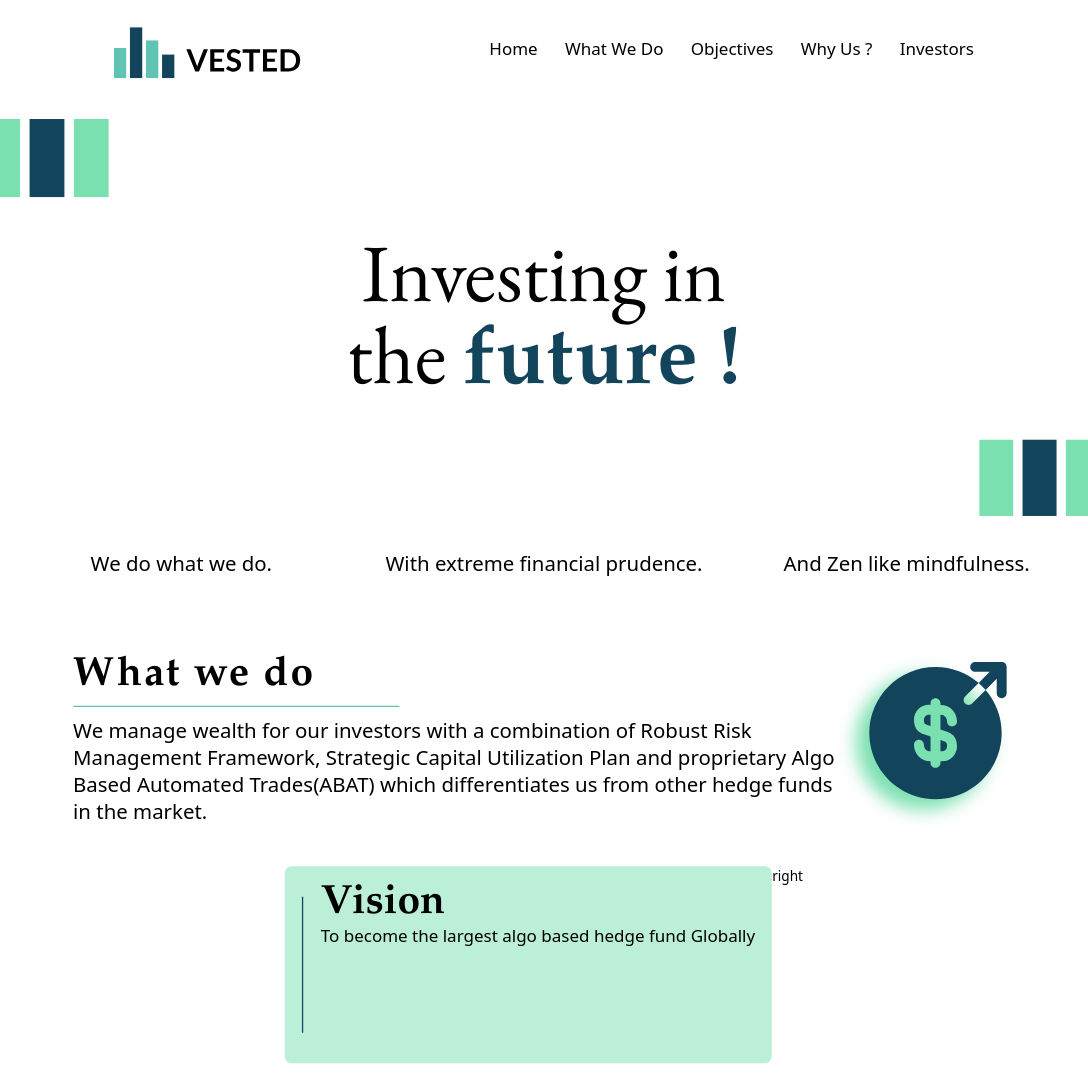
Repository: husainmamuwala/TippingPointsFinancial
Page: /
An editor plug-in stored every save of this project. The page is shown before and after the next save, followed by the edit.
The browser window is 1280 px wide. The pictures show the whole page, at 85% of full size.
The project was rebuilt for these pictures with package versions that can differ from the ones it lists, and the page was loaded fresh each time. The framework's server and built-in components were replaced by stand-ins that run in the browser. Also part of the build but not shown: next.config.js.

Above is the page before, as saved 2022-10-15 19:01:37.

After the next save:
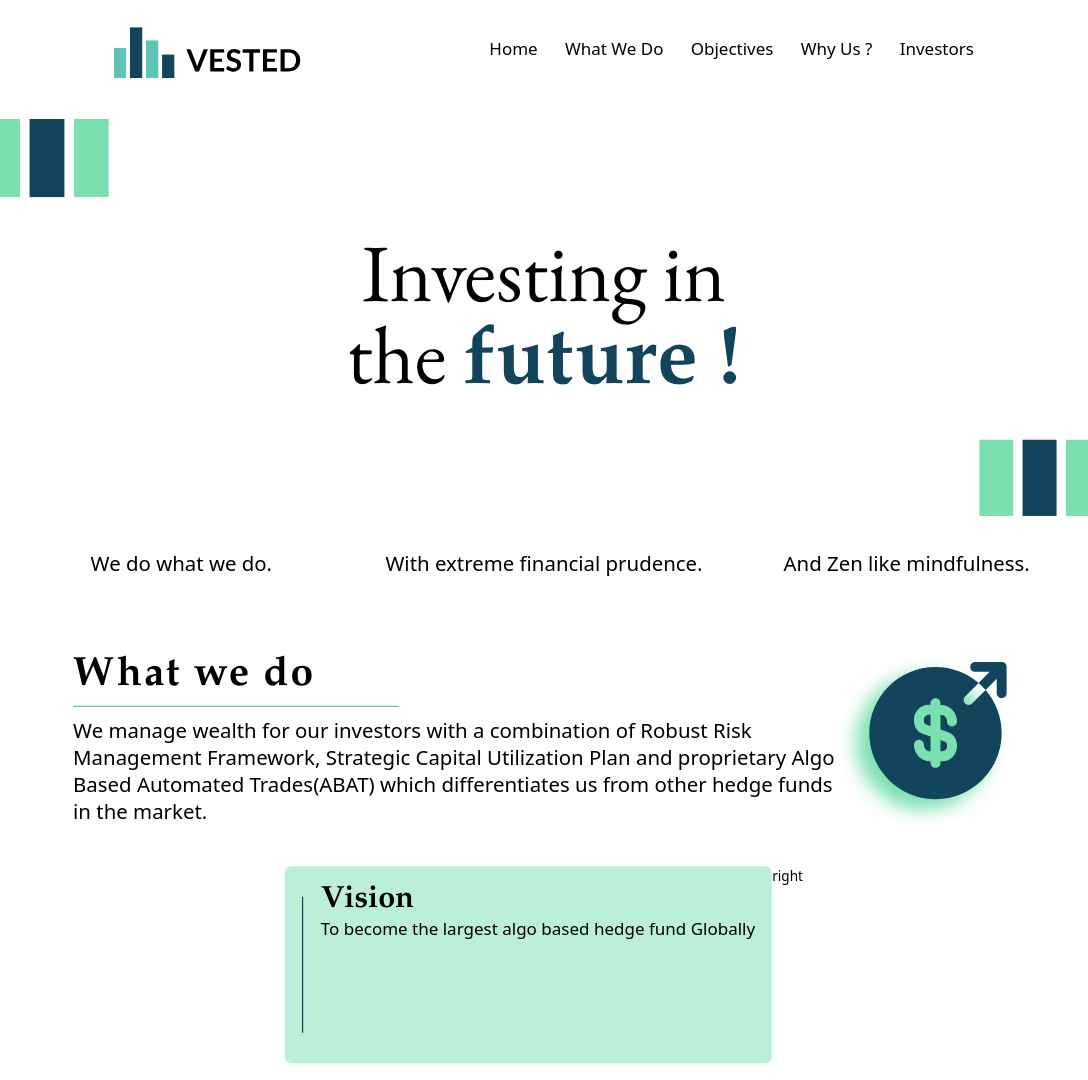
Saved 6 s later.
--- a/components/Objectives.jsx
+++ b/components/Objectives.jsx
@@ -15,7 +15,7 @@
               {
                 Data.map((data)=>(
               <div>
-                <h1 className='text-3xl lg:text-5xl font-semibold font-garamond'>{data.title}</h1>
+                <h1 className='text-3xl lg:text-4xl font-semibold font-garamond'>{data.title}</h1>
                 <p className='font-montserrat text-xl'>{data.desc}</p>
               </div>
                 ))}
